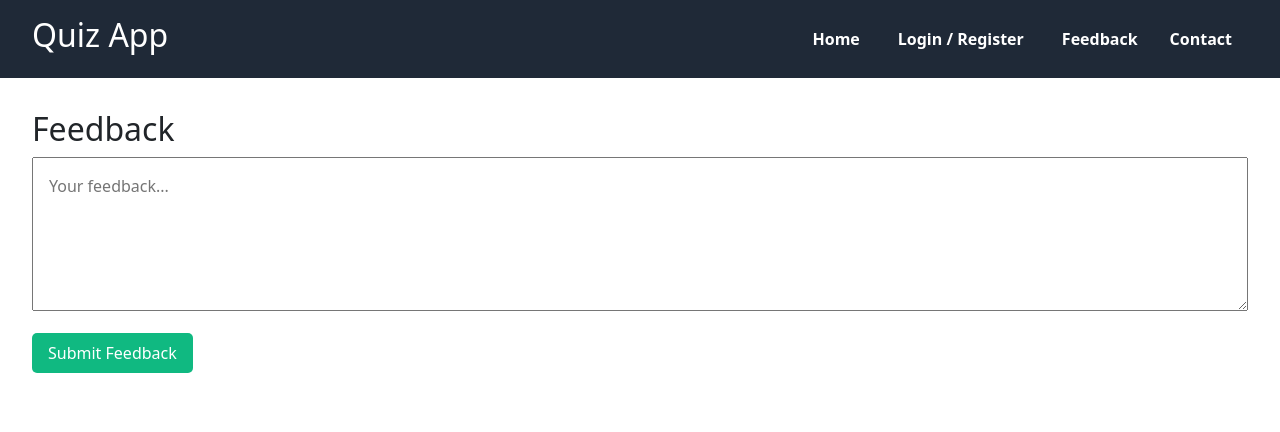
Repository: lalit9168/quizApp
Page: /feedback (app in frontend/)
These files come from the project's save history. The page is drawn as it stood at one moment and after the next save; the edit follows.
The browser window is 1280 px wide. The pictures show the whole page.
The project was rebuilt for these pictures with package versions that can differ from the ones it lists, and the page was loaded fresh each time. Also part of the build but not shown: frontend/vite.config.js, frontend/src/index.css, frontend/src/Components/Login/Login.jsx, frontend/src/Components/Home/Home.jsx, frontend/src/Components/PrivateRoute.jsx, frontend/src/Components/api.js, frontend/src/Components/Quiz/QuizPage.jsx, frontend/src/Components/Quiz/QuizDash.jsx and 7 more.

Above is the page before, as saved 2025-06-08 23:41:20.

After the next save:
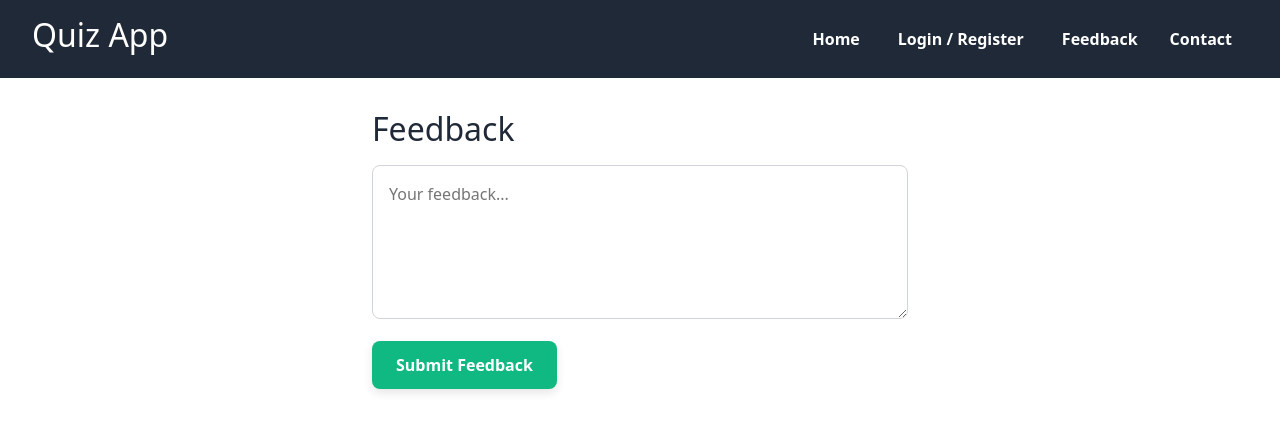
Saved 6 min 5 s later.
--- a/frontend/src/Components/LandingPage/Feedback.jsx
+++ b/frontend/src/Components/LandingPage/Feedback.jsx
@@ -1,32 +1,28 @@
-import React, { useRef, useState } from "react";
+import React, { useRef } from "react";
+import emailjs from "emailjs-com";
 import Navbar from "../Layout/Navbar";
-import emailjs from "@emailjs/browser";
 
 const Feedback = () => {
   const form = useRef();
-  const [submitted, setSubmitted] = useState(false);
-  const [error, setError] = useState(false);
 
   const sendEmail = (e) => {
     e.preventDefault();
 
     emailjs
       .sendForm(
-        service_b20b3tk,
-        "your_template_id", // Replace with your actual Template ID
+        "service_b20b3tk",        // ✅ Your EmailJS Service ID
+        "template_9ce9qog",       // ✅ Your EmailJS Template ID
         form.current,
-        KDOP8W9aCiO1Omj2E
+        "KDOP8W9aCiO1Omj2E"       // ✅ Your EmailJS Public API Key
       )
       .then(
         (result) => {
-          console.log("Feedback sent!", result.text);
-          setSubmitted(true);
-          setError(false);
+          alert("✅ Feedback sent successfully!");
           form.current.reset();
         },
         (error) => {
-          console.error("Failed to send feedback", error.text);
-          setError(true);
+          alert("❌ Failed to send feedback. Please try again.");
+          console.error(error.text);
         }
       );
   };
@@ -34,40 +30,40 @@
   return (
     <>
       <Navbar />
-      <div style={{ padding: "2rem" }}>
-        <h2>Feedback</h2>
+      <div style={{ padding: "2rem", maxWidth: "600px", margin: "0 auto" }}>
+        <h2 style={{ marginBottom: "1rem", color: "#1f2937" }}>Feedback</h2>
         <form ref={form} onSubmit={sendEmail}>
           <textarea
             name="message"
             placeholder="Your feedback..."
             rows={5}
             required
-            style={{ width: "100%", padding: "1rem", marginBottom: "1rem" }}
+            style={{
+              width: "100%",
+              padding: "1rem",
+              marginBottom: "1rem",
+              borderRadius: "8px",
+              border: "1px solid #d1d5db",
+              fontSize: "1rem",
+            }}
           />
           <button
             type="submit"
             style={{
-              padding: "0.5rem 1rem",
+              padding: "0.75rem 1.5rem",
               backgroundColor: "#10b981",
               color: "white",
               border: "none",
-              borderRadius: "5px"
+              borderRadius: "8px",
+              fontWeight: "bold",
+              cursor: "pointer",
+              boxShadow: "0 4px 10px rgba(0,0,0,0.1)",
+              transition: "0.3s",
             }}
           >
             Submit Feedback
           </button>
         </form>
-
-        {submitted && (
-          <p style={{ color: "green", marginTop: "1rem" }}>
-            ✅ Feedback sent successfully!
-          </p>
-        )}
-        {error && (
-          <p style={{ color: "red", marginTop: "1rem" }}>
-            ❌ Failed to send feedback. Try again.
-          </p>
-        )}
       </div>
     </>
   );

After the 2 saves that followed:
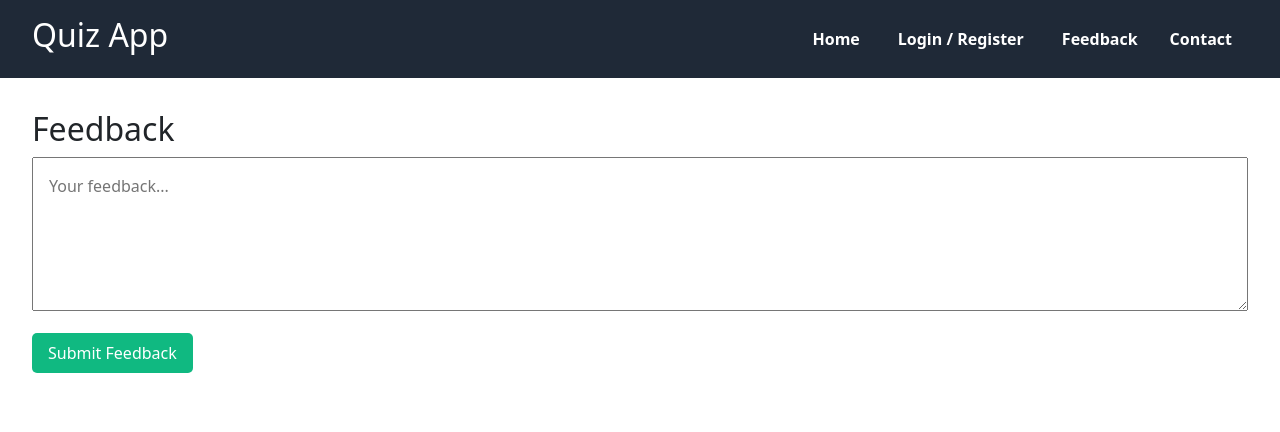
The 2 saves are shown as one change because 1 left the picture as it was.
The last was saved 9 min 2 s later.
--- a/frontend/src/Components/LandingPage/Feedback.jsx
+++ b/frontend/src/Components/LandingPage/Feedback.jsx
@@ -1,5 +1,5 @@
 import React, { useRef } from "react";
-import emailjs from "emailjs-com";
+import emailjs from "@emailjs/browser";
 import Navbar from "../Layout/Navbar";
 
 const Feedback = () => {
@@ -10,19 +10,19 @@
 
     emailjs
       .sendForm(
-        "service_b20b3tk",        // ✅ Your EmailJS Service ID
-        "template_9ce9qog",       // ✅ Your EmailJS Template ID
+        "service_b20b3tk",       // your service ID
+        "template_9ce9qog",      // your template ID
         form.current,
-        "KDOP8W9aCiO1Omj2E"       // ✅ Your EmailJS Public API Key
+        "KDOP8W9aCiO1Omj2E"      // your public key
       )
       .then(
-        (result) => {
-          alert("✅ Feedback sent successfully!");
+        () => {
+          alert("Feedback sent successfully!");
           form.current.reset();
         },
         (error) => {
-          alert("❌ Failed to send feedback. Please try again.");
-          console.error(error.text);
+          console.error("Email send error:", error);
+          alert("Failed to send feedback.");
         }
       );
   };
@@ -30,35 +30,27 @@
   return (
     <>
       <Navbar />
-      <div style={{ padding: "2rem", maxWidth: "600px", margin: "0 auto" }}>
-        <h2 style={{ marginBottom: "1rem", color: "#1f2937" }}>Feedback</h2>
+      <div style={{ padding: "2rem" }}>
+        <h2>Feedback</h2>
         <form ref={form} onSubmit={sendEmail}>
+          {/* Hidden recipient email */}
+          <input type="hidden" name="email" value="lalitchaudhari003@gmail.com" />
+
           <textarea
             name="message"
             placeholder="Your feedback..."
             rows={5}
+            style={{ width: "100%", padding: "1rem", marginBottom: "1rem" }}
             required
-            style={{
-              width: "100%",
-              padding: "1rem",
-              marginBottom: "1rem",
-              borderRadius: "8px",
-              border: "1px solid #d1d5db",
-              fontSize: "1rem",
-            }}
           />
           <button
             type="submit"
             style={{
-              padding: "0.75rem 1.5rem",
+              padding: "0.5rem 1rem",
               backgroundColor: "#10b981",
               color: "white",
               border: "none",
-              borderRadius: "8px",
-              fontWeight: "bold",
-              cursor: "pointer",
-              boxShadow: "0 4px 10px rgba(0,0,0,0.1)",
-              transition: "0.3s",
+              borderRadius: "5px"
             }}
           >
             Submit Feedback
